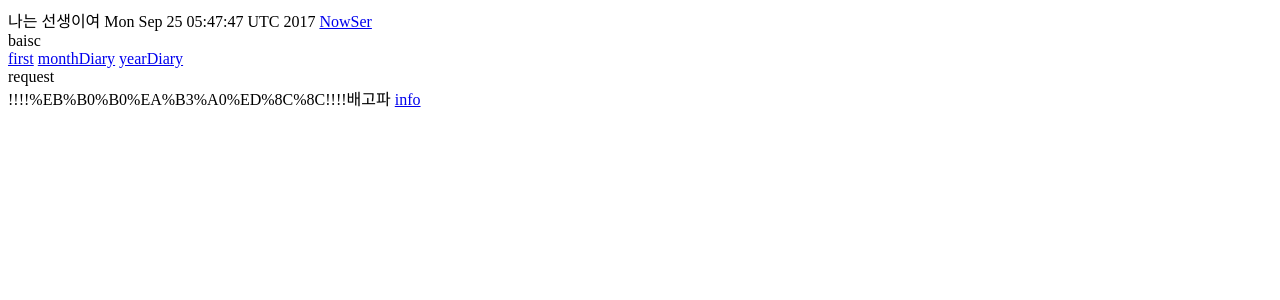
Repository: shouvoo/bitAcademy
Page: http://localhost/jspProj/
These files come from the project's save history. The page is drawn as it stood at one moment and after the next save; the edit follows.
The browser window is 1280 px wide. The pictures show the whole page.
The page is served by Tomcat 9.

Above is the page before, as saved 2017-09-27 03:43:41.

After the next save:
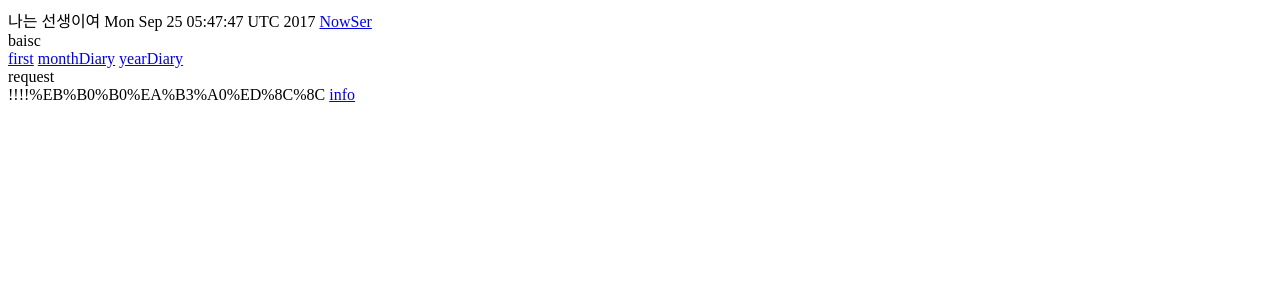
Saved 11 s later.
--- a/work/jsp/jspProj/WebContent/index.jsp
+++ b/work/jsp/jspProj/WebContent/index.jsp
@@ -26,10 +26,10 @@
 
 		<%
 			String hungry = URLEncoder.encode("배고파", "UTF-8");
-			String decode = URLDecoder.decode(hungry, "UTF-8");
+			//String decode = URLDecoder.decode(hungry, "UTF-8");
 
 			out.print("!!!!" + hungry);
-			out.print("!!!!" + decode);
+			//out.print("!!!!" + decode);
 
 			//%EB%B0%B0%EA%B3%A0%ED%8C%8C
 		%>
